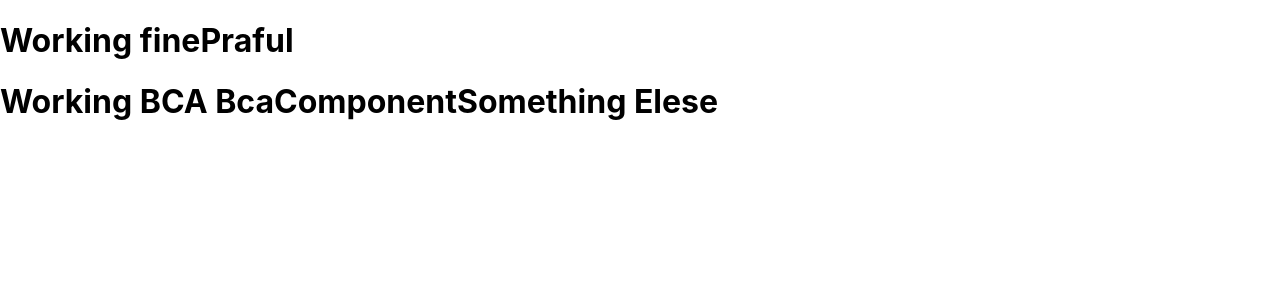
Repository: Prafullkuma/facebook
Page: /
The author's editor kept a copy of each file at every save. The page is drawn from the files as they stood at one save, then again after the next save.
The browser window is 1280 px wide. The pictures show the whole page.
The project was rebuilt for these pictures with package versions that can differ from the ones it lists, and the page was loaded fresh each time. Also part of the build but not shown: src/App.css.

Above is the page before, as saved 2020-09-04 10:14:39.

### src/App.js
import React from 'react';
import ContextApi from './Component/ContextApi'
import './App.css';

function App() {
  return (
    <>
      <ContextApi />
    </>
  )
}

export default App;

### src/Component/ContextApi.js
import React, { useEffect, useContext, useState } from 'react'
const myContext = React.createContext(null)
function AbcComponent() {
    const state = useContext(myContext)
    console.log(state.name)
    return <h1>Working fine{state.name}</h1>
}
function BcaComponent() {
    const { state, setState } = useContext(myContext)
    useEffect(() => {
        setTimeout(() => {
            setState(state => ({
                ...state,
                name: 'Something Elese'
            }))
        }, 1000)
    }, [])

    return <h1>Working BCA BcaComponent{state.name}</h1>
}
function ContextApi() {
    const [obj, setObj] = useState({
        name: "prafull",
        age: 23,
        price: 23232
    })
    return (<myContext.Provider value={{
        name: "Praful",
        age: 27,
        state: obj,
        setState: setObj
    }}>
        <AbcComponent />
        <BcaComponent />
    </myContext.Provider >

    )
}

export default ContextApi

Loaded but not shown: public/index.html (common file); src/index.js (common file); src/index.css (common file); src/serviceWorker.js (common file)

After the next save:
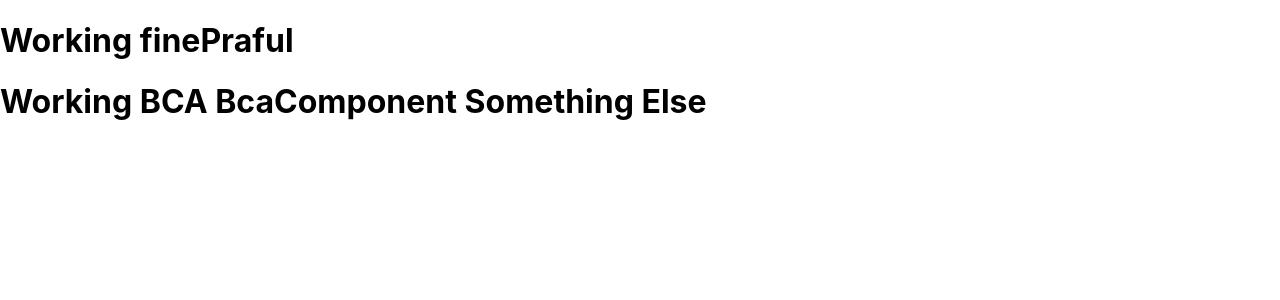
Saved 18 s later.
--- a/src/Component/ContextApi.js
+++ b/src/Component/ContextApi.js
@@ -11,12 +11,12 @@ function BcaComponent() {
         setTimeout(() => {
             setState(state => ({
                 ...state,
-                name: 'Something Elese'
+                name: 'Something Else'
             }))
         }, 1000)
     }, [])
 
-    return <h1>Working BCA BcaComponent{state.name}</h1>
+    return <h1>Working BCA BcaComponent {state.name}</h1>
 }
 function ContextApi() {
     const [obj, setObj] = useState({
